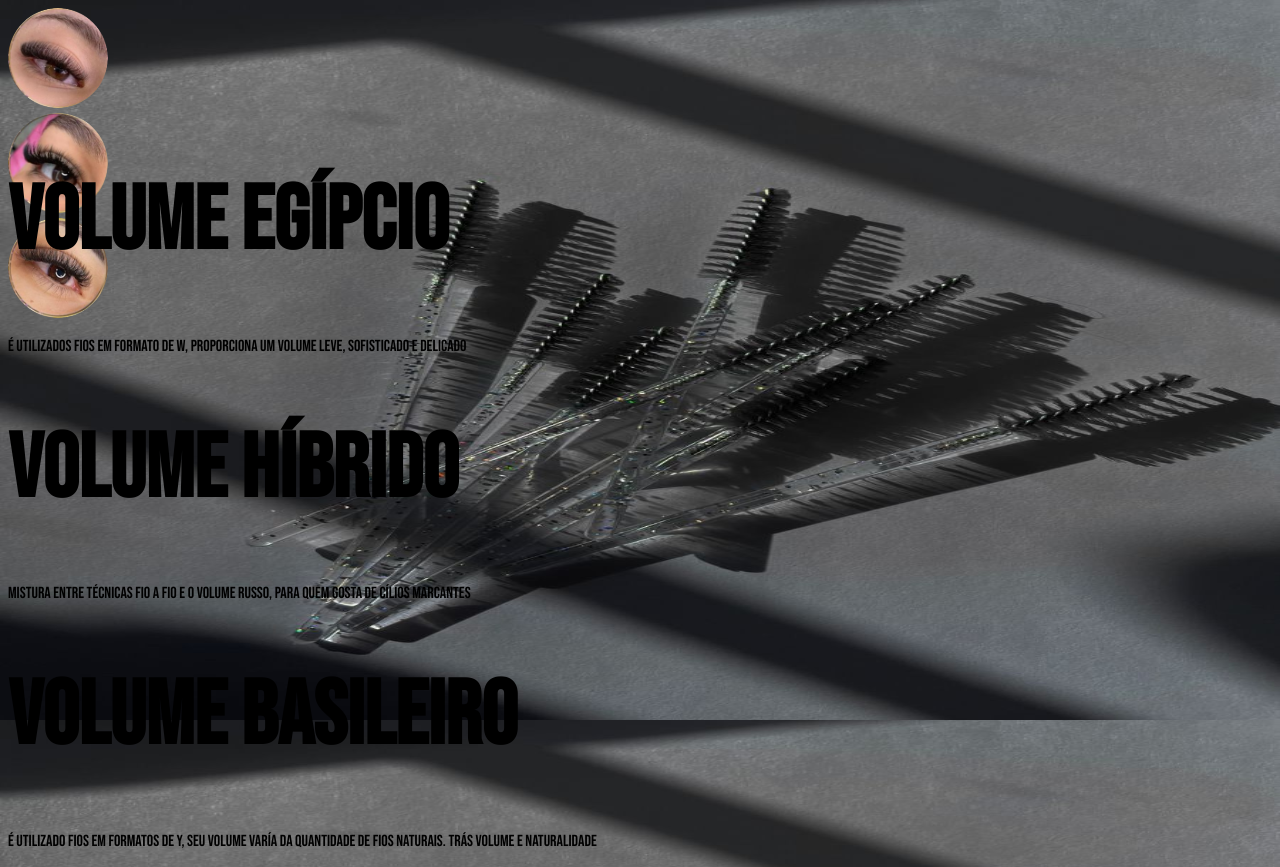
Repository: ketlyn-lash-designer/Ketlyn_Lash_Designer
Page: src/Pages/Modelos.html
An editor plug-in stored every save of this project. The page is shown before and after the next save, followed by the edit.
The browser window is 1280 px wide. The pictures show the whole page.
Backgrounds fixed to the window are drawn as part of the page.

Above is the page before, as saved 2024-03-29 21:46:39.

### src/Pages/Modelos.html
<!DOCTYPE html>
<html lang="en">
  <head>
    <meta charset="UTF-8" />
    <meta name="viewport" content="width=device-width, initial-scale=1.0" />
    <link rel="stylesheet" href="../Styles/Modelos.css" />
    <link rel="preconnect" href="https://fonts.googleapis.com" />
    <link rel="preconnect" href="https://fonts.gstatic.com" crossorigin />
    <link
      href="https://fonts.googleapis.com/css2?family=Bebas+Neue&display=swap"
      rel="stylesheet"
    />
    <title>Document</title>
  </head>
  <body>
    <div class="modelos">
      <img src="../Images/volume-egípcio.png" alt="" />
      <img src="../Images/volume-hibrido.png" alt="" />
      <img src="../Images/volume-brasileiro.png" alt="" />
    </div>
    <div id="descricao">
      <h1>Volume Egípcio</h1>
      <p>
        É utilizados fios em formato de w, proporciona um volume leve,
        sofisticado e delicado
      </p>
      <h1>Volume Híbrido</h1>
      <p>
        Mistura entre técnicas fio a fio e o volume russo, para quem gosta de
        cílios marcantes
      </p>
      <h1>Volume Basileiro</h1>
      <p>
        É utilizado fios em formatos de y, seu volume varía da quantidade de
        fios naturais. Trás volume e naturalidade
      </p>
    </div>
  </body>
</html>

### src/Styles/Modelos.css
:root {
  --cor-cinza: #4b4949;
  --cor-rosa: #ff1493;
  --font-family: "Bebas Neue", sans-serif;
}

body {
  background-image: url("../Images/escovinhaspretas.jpg");
  background-size: 100% 100%;
  font-family: var(--font-family);
  background-position: center;
  background-attachment: fixed;
  background-repeat: no-repeat;
  overflow: hidden;
}

.modelos,
img {
  width: 100px;
  height: 100px;
  border-radius: 50%;
}

#descricao {
	h1 {
		font-size: 90px;
	}
}

After the next save:
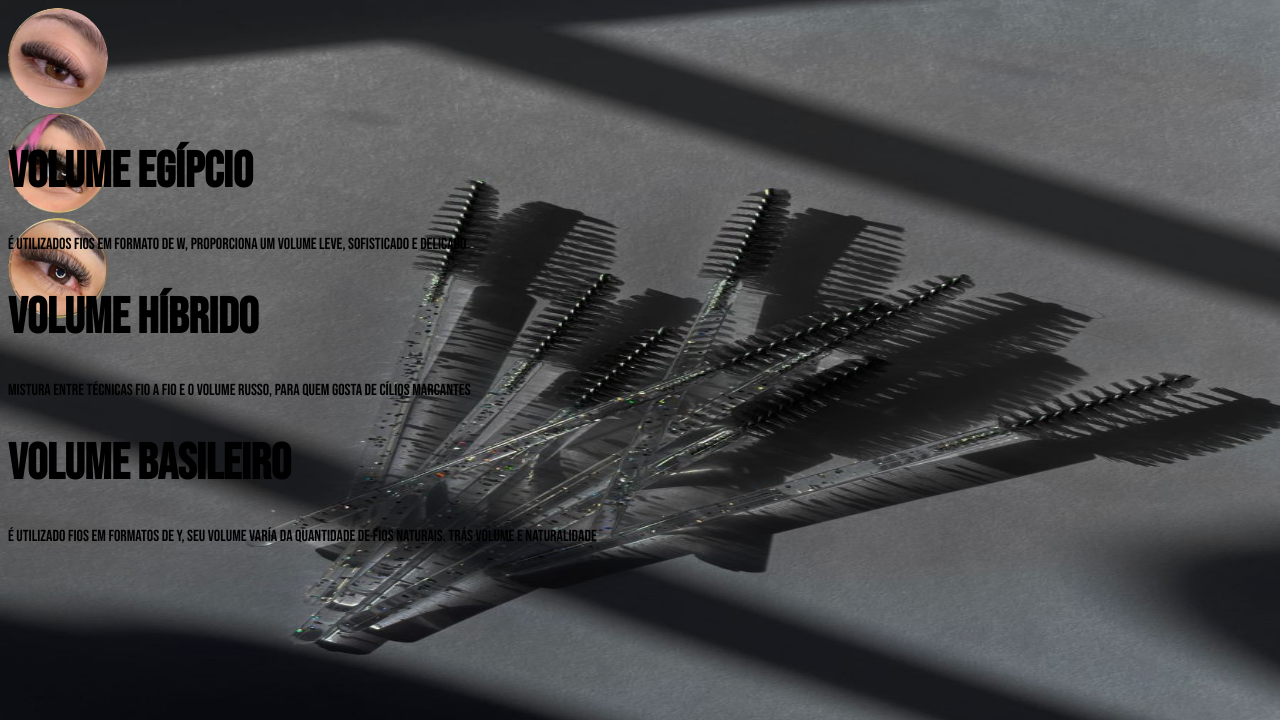
Saved 7 s later.
--- a/src/Styles/Modelos.css
+++ b/src/Styles/Modelos.css
@@ -23,6 +23,6 @@
 
 #descricao {
 	h1 {
-		font-size: 90px;
+		font-size: 50px;
 	}
 }
